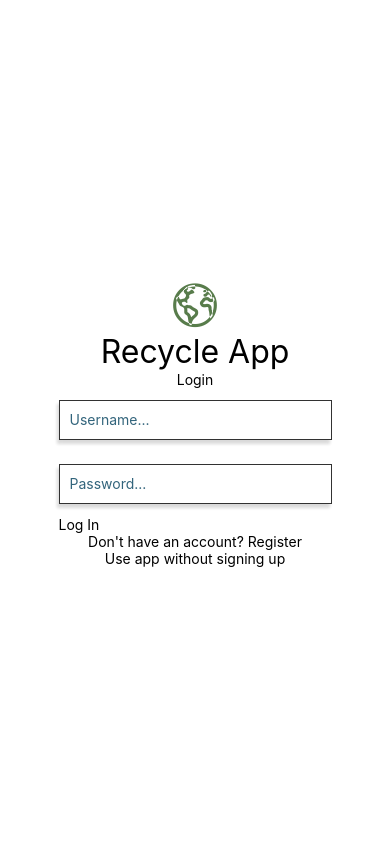
Repository: ct-pham/COMP4511
Screen: / (app in comp4511/)
These files come from the project's save history. The screen is drawn as it stood at one moment and after the next save; the edit follows.
The app was drawn by React Native's web renderer in a window 390 px wide. The project was rebuilt for these pictures with package versions that can differ from the ones it lists, and the page was loaded fresh each time.

Above is the screen before, as saved 2022-11-07 15:43:29.

### comp4511/App.js

// import { NavigationContainer } from 'react-navigation/native';
// import { createNativeStackNavigator } from 'react-navigation/native-stack';
import Login from './Components/Login';
//import Register from './Components/Register';

export default function App() {
  return (
    // <NavigationContainer>
    //   <Stack.Navigator initialRouteName="Home">
    //     <Stack.Screen name="Login" component={Login} />
    //     <Stack.Screen name="Register" component={Register} />
    //   </Stack.Navigator>
    // </NavigationContainer>
    <Login />
  );
}

### comp4511/Components/Login.js
import {
    StyleSheet,
    Text,
    View,
    TextInput,
    TouchableOpacity,
} from 'react-native';

import Icon from 'react-native-vector-icons/Ionicons';

export default function Login( {navigation}) {
    return (
        <View style={styles.container}>
            <View>
                <Icon
                    name = "earth-outline"
                    size = {50}
                    color = "#587C4B"
                />
            </View>

            <Text style = {styles.title}>Recycle App</Text>
            <Text>Login</Text>
            <View style={styles.inputView}>
                <TextInput
                    style={styles.TextInput}
                    placeholder="Username..."
                    placeholderTextColor="#003f5c"
                />
            </View>

            <View style={styles.inputView}>
                <TextInput
                    style={styles.TextInput}
                    placeholder="Password..."
                    placeholderTextColor="#003f5c"
                    secureTextEntry={true}
                />
            </View>

            <TouchableOpacity style = {styles.button}>
                <Text style={styles.loginBtn}>Log In</Text>
            </TouchableOpacity>

            <TouchableOpacity
                onPress = {console.log('Register')}
            >
                <Text style={styles.loginBtn}>Don't have an account? Register</Text>
            </TouchableOpacity>

            <TouchableOpacity>
                <Text style={styles.loginBtn}>Use app without signing up</Text>
            </TouchableOpacity>

        </View>
    );
}

const styles = StyleSheet.create({
    container: {
        flex: 1,
        backgroundColor: '#ffffff',
        alignItems: 'center',
        justifyContent: 'center',
    },
    inputView: {
        backgroundColor: '#ffffff',
        borderWidth: 1,
        borderColor: '#000000',
        height: 40,
        width: '70%',
        margin: 12,
        borderWidth: 1,
        padding: 10,
        shadowColor: '#171717',
        shadowOffset: {width: -2, height: 4},
        shadowOpacity: 0.2,
        shadowRadius: 3,
        opacity: 0.8,
    },
    button: {
        width: '70%',
        borderRadius: 25,
    },
    title: {
        fontSize: 32,
        fontWeight: 'semibold',
    }
});

After the next save:
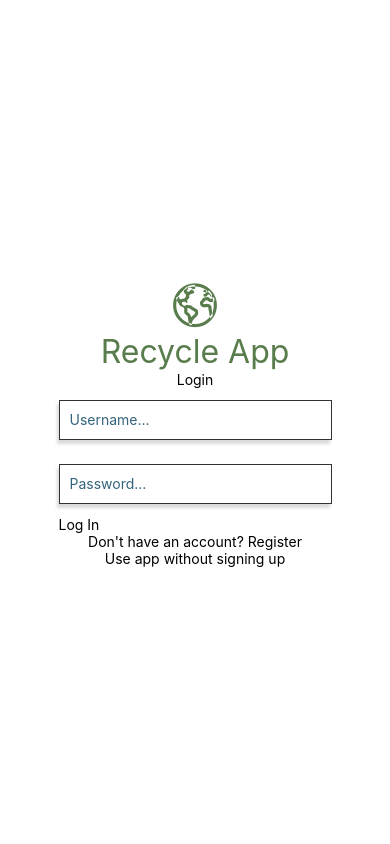
Saved 6 s later.
--- a/comp4511/Components/Login.js
+++ b/comp4511/Components/Login.js
@@ -85,5 +85,6 @@ const styles = StyleSheet.create({
     title: {
         fontSize: 32,
         fontWeight: 'semibold',
+        color: '#587C4B',
     }
 });
